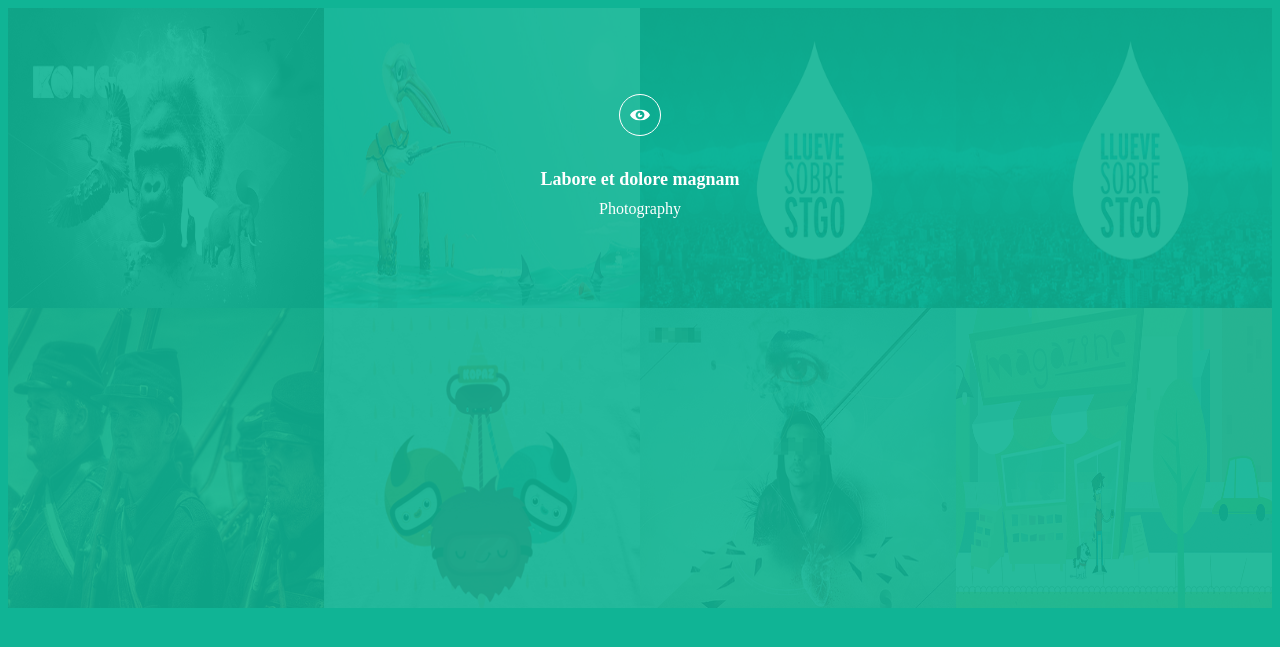
Repository: iravakilova/Brandi
Page: app/works1.html
An editor plug-in stored every save of this project. The page is shown before and after the next save, followed by the edit.
The browser window is 1280 px wide. The pictures show the whole page.

Above is the page before, as saved 2020-02-16 23:15:34.

### app/works1.html
<!DOCTYPE html>
<html lang="en">
<head>
    <meta charset="UTF-8">
    <meta name="viewport" content="width=device-width, initial-scale=1.0">
    <title>works_grid</title>
    <style>
        .gallery{
            width: 100%;
            margin: 0 auto;
            max-width: 1600px;
        }
        .grid-container {
            display: grid;
            grid-template-columns: 1fr 1fr 1fr 1fr;
            grid-template-rows: 1fr 1fr;
        }
        .grid-container img{
        max-width: 100%;
        width: 400px;
        height: 300px;
        display: block;
        position: relative;
    }
        .ladore{
        opacity: 1;
        position: absolute;
        top: 0;
        left: 0;
        width: 100%;
        height: 100%;
        background-image: url(./img/labore.png);
        color: #fff;
        text-align: center;
        transition: all .5s;
    }
    .ladore__img img{
        padding-top: 94px;
        width: 20px;
        height: 12px;
        padding: 14px 10px;
        border: 1px solid #fff;
        border-radius: 50%;
        margin: 94px auto 0;
    }
    .ladore__title{
        padding-top: 29px;
        padding-bottom: 10px;
        font-family: "OpenSans", "OpenSans-Bold", "AdobeInvisFont", "MyriadPro-Regular";
        font-size: 18px;
        font-weight: bold;
        margin: 0;
    }
    .ladore__descr{
        margin: 0;
    }
    .grid-container img:hover .ladore{
        opacity: 1;
    }
    </style>
</head>
<body>
    <div class="gallery">
        <div class="grid-container">
                <div class="ladore">
                    <div class="ladore__img">
                        <img src="./img/eye.png" alt="">
                    </div>
                    <h4 class="ladore__title">Labore et dolore magnam</h4>
                    <p class="ladore__descr">Photography</p>
                </div>
                <img src="./img/works-1.png" alt="">
            <img src="./img/works-2.png" alt="">
            <img src="./img/works-4.png" alt="">
            <img src="./img/works-4.png" alt="">
            <img src="./img/works-5.png" alt="">
            <img src="./img/works-6.png" alt="">
            <img src="./img/works-7.png" alt="">
            <img src="./img/works-8.png" alt="">
        </div>
        <div class="ladore">
            <div class="ladore__img">
                <img src="./img/eye.png" alt="">
            </div>
            <h4 class="ladore__title">Labore et dolore magnam</h4>
            <p class="ladore__descr">Photography</p>
        </div>
    </div>
</body>
</html>

After the next save:
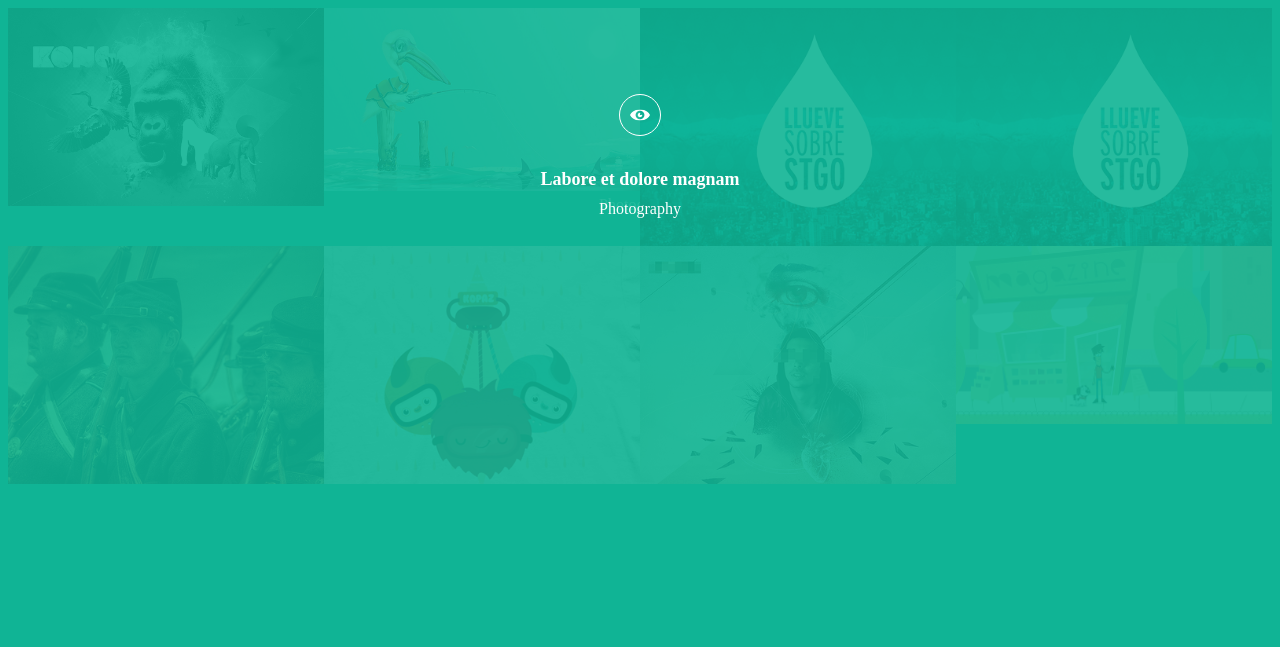
Saved 25 s later.
--- a/app/works1.html
+++ b/app/works1.html
@@ -17,8 +17,8 @@
         }
         .grid-container img{
         max-width: 100%;
-        width: 400px;
-        height: 300px;
+        /* width: 400px;
+        height: 300px; */
         display: block;
         position: relative;
     }

After the save that followed:
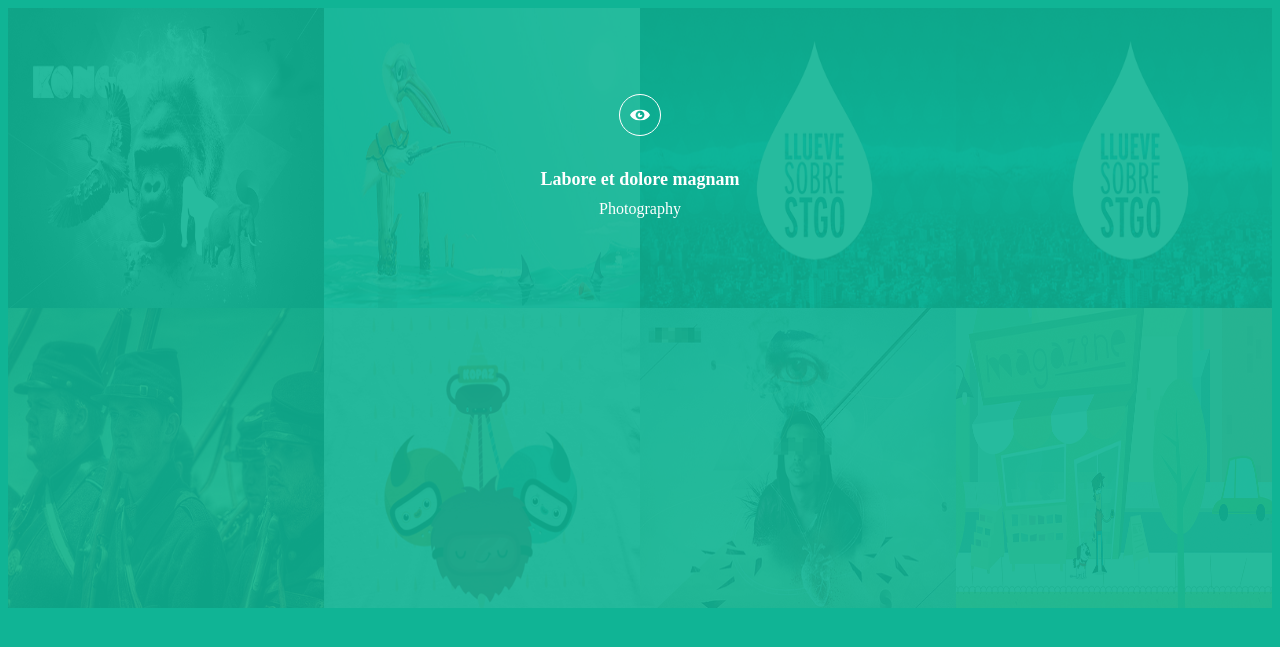
Saved 7 s later.
--- a/app/works1.html
+++ b/app/works1.html
@@ -17,8 +17,8 @@
         }
         .grid-container img{
         max-width: 100%;
-        /* width: 400px;
-        height: 300px; */
+        width: 400px;
+        height: 300px;
         display: block;
         position: relative;
     }
